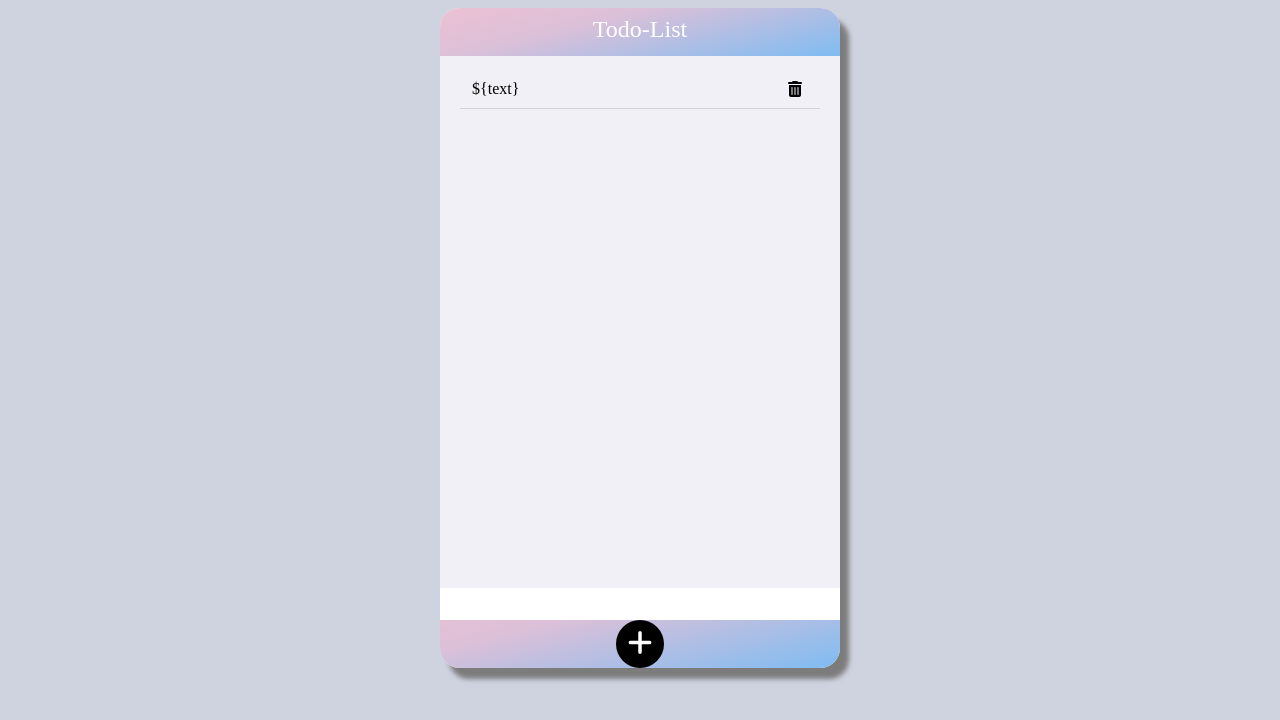
Repository: kimyongyeon/lsa_mento_db
Page: Todo-list.html
The author's editor kept a copy of each file at every save. The page is drawn from the files as they stood at one save, then again after the next save.
The browser window is 1280 px wide. The pictures show the whole page.
Some web libraries are served in a nearby version.

Above is the page before, as saved 2023-03-02 13:33:58.

After the next save:
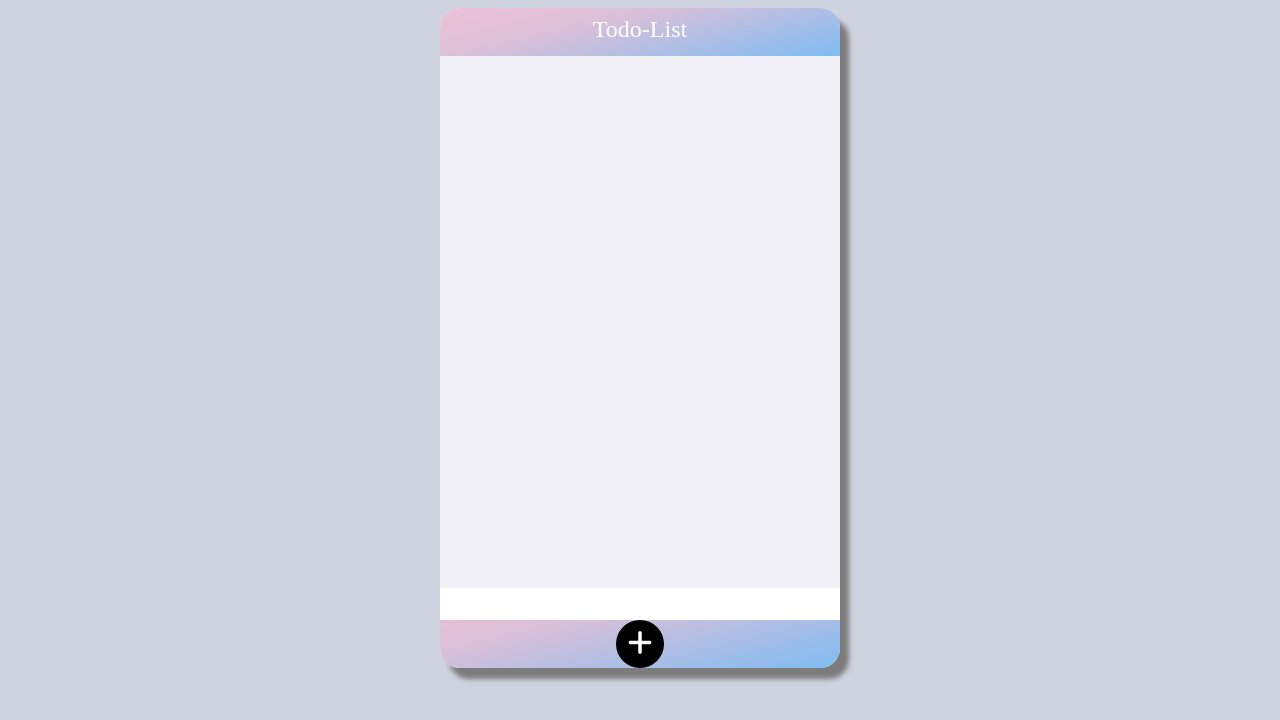
Saved 8 s later.
--- a/Todo-list.html
+++ b/Todo-list.html
@@ -15,17 +15,7 @@
   <body>
     <section class="list">
       <header class="header">Todo-List</header>
-      <ul class="items">
-        <li class="item__row" data-id="${id}">
-          <div class="item">
-            <span class="item__name">${text}</span>
-            <button class="item__delete">
-              <i class="fa-solid fa-trash-can" data-id="${id}"></i>
-            </button>
-          </div>
-          <div class="item__divider"></div>
-        </li>
-      </ul>
+      <ul class="items"></ul>
       <footer class="footer">
         <form class="new-form">
           <input type="text" class="footer__input" />
